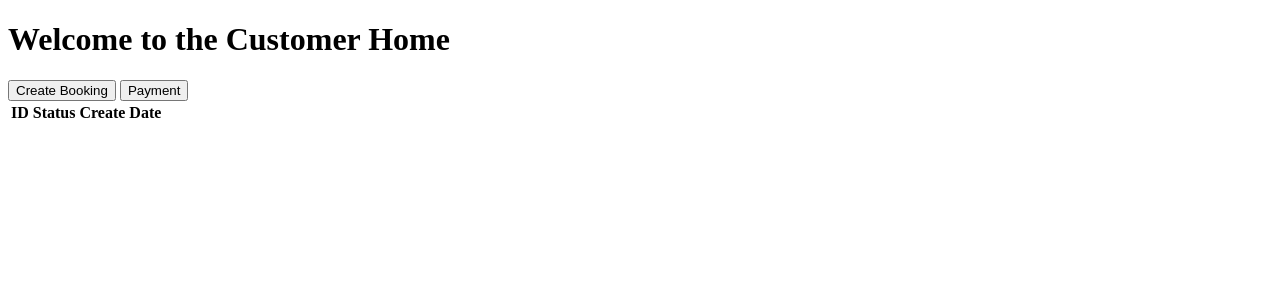
Repository: NguyenHuy-lang/RestaurantMicroserviceFrontEnd
Page: customer-home.html
These files come from the project's save history. The page is drawn as it stood at one moment and after the next save; the edit follows.
The browser window is 1280 px wide. The pictures show the whole page.
The page's requests for data from a server got no answer.

Above is the page before, as saved 2023-06-08 06:41:58.

### customer-home.html
<!DOCTYPE html>
<html>
<head>
  <title>Customer Home</title>
</head>
<body>
  <h1>Welcome to the Customer Home</h1>

  <button onclick="createBooking()">Create Booking</button>
  <button onclick="payment()">Payment</button>

  <table id="bookingTable">
    <tr>
      <th>ID</th>
      <th>Status</th>
      <th>Create Date</th>
    </tr>
  </table>

  <script>
    const apiUrl = "http://localhost:8083/api/v1/bookings/";
    const token = localStorage.getItem("accessToken");

    const appendBookingRow = (booking) => {
      const table = document.getElementById("bookingTable");
      const newRow = table.insertRow();

      const idCell = newRow.insertCell();
      const statusCell = newRow.insertCell();
      const createDateCell = newRow.insertCell();
      const chooseTableCell = newRow.insertCell();

      idCell.innerHTML = booking.id;
      statusCell.innerHTML = booking.status;
      createDateCell.innerHTML = booking.createDate;

      const chooseTableButton = document.createElement("button");
      chooseTableButton.innerText = "Choose Table";
      chooseTableButton.addEventListener("click", () => {
        localStorage.setItem("bookingSelected", booking.id);
        window.location.href = "http://127.0.0.1:5500/table.html"
      });

      chooseTableCell.appendChild(chooseTableButton);

    };

    const createBooking = () => {
      fetch(apiUrl, {
        method: 'POST',
        headers: {
          'Content-Type': 'application/json',
          'Authorization': 'Bearer ' + token
        }
      })
        .then((res) => res.json())
        .then((booking) => {
          appendBookingRow(booking);
        });
    };
  </script>
</body>
</html>

After the next save:
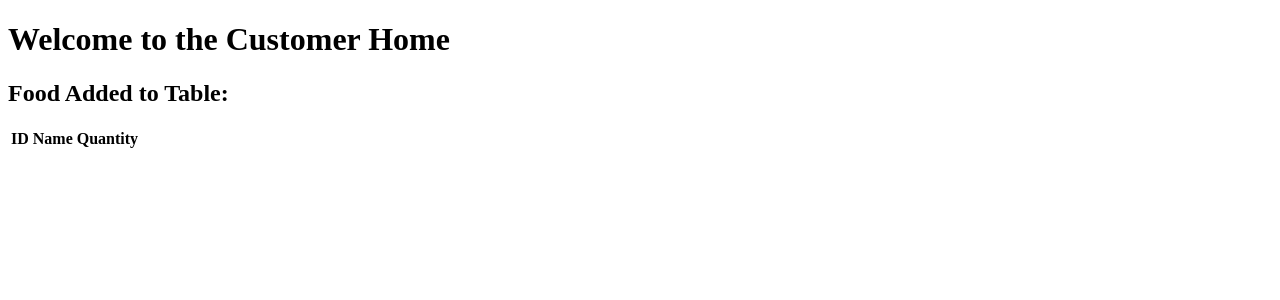
Saved 5 min 34 s later.
--- a/customer-home.html
+++ b/customer-home.html
@@ -6,58 +6,138 @@
 <body>
   <h1>Welcome to the Customer Home</h1>
 
-  <button onclick="createBooking()">Create Booking</button>
-  <button onclick="payment()">Payment</button>
+  <div id="food-container"></div>
 
-  <table id="bookingTable">
-    <tr>
-      <th>ID</th>
-      <th>Status</th>
-      <th>Create Date</th>
-    </tr>
+  <h2>Food Added to Table:</h2>
+  <table id="added-foods-table">
+    <thead>
+      <tr>
+        <th>ID</th>
+        <th>Name</th>
+        <th>Quantity</th>
+      </tr>
+    </thead>
+    <tbody id="added-foods-body">
+    </tbody>
   </table>
 
   <script>
-    const apiUrl = "http://localhost:8083/api/v1/bookings/";
+    const apiUrl = "http://localhost:8083/api/v1/bookings/{bookingId}/tables/{foodId}/foods/{foodId}";
     const token = localStorage.getItem("accessToken");
+    const addedFoods = [];
 
-    const appendBookingRow = (booking) => {
-      const table = document.getElementById("bookingTable");
-      const newRow = table.insertRow();
+    fetch('http://localhost:8082/api/v1/foods')
+      .then(response => response.json())
+      .then(foods => {
+        const tableContainer = document.getElementById('food-container');
+        const table = document.createElement('table');
+        const tableHead = document.createElement('thead');
+        const tableBody = document.createElement('tbody');
 
-      const idCell = newRow.insertCell();
-      const statusCell = newRow.insertCell();
-      const createDateCell = newRow.insertCell();
-      const chooseTableCell = newRow.insertCell();
+        const headerRow = document.createElement('tr');
+        const headers = ['ID', 'Name', 'Price', 'Quantity', 'Actions'];
+        headers.forEach(header => {
+          const th = document.createElement('th');
+          th.textContent = header;
+          headerRow.appendChild(th);
+        });
+        tableHead.appendChild(headerRow);
+        table.appendChild(tableHead);
 
-      idCell.innerHTML = booking.id;
-      statusCell.innerHTML = booking.status;
-      createDateCell.innerHTML = booking.createDate;
+        foods.forEach(food => {
+          const row = document.createElement('tr');
 
-      const chooseTableButton = document.createElement("button");
-      chooseTableButton.innerText = "Choose Table";
-      chooseTableButton.addEventListener("click", () => {
-        localStorage.setItem("bookingSelected", booking.id);
-        window.location.href = "http://127.0.0.1:5500/table.html"
+          const idCell = document.createElement('td');
+          idCell.textContent = food.id;
+          row.appendChild(idCell);
+
+          const nameCell = document.createElement('td');
+          nameCell.textContent = food.name;
+          row.appendChild(nameCell);
+
+          const priceCell = document.createElement('td');
+          priceCell.textContent = food.price;
+          row.appendChild(priceCell);
+
+          const quantityCell = document.createElement('td');
+          const quantityInput = document.createElement('input');
+          quantityInput.type = 'number';
+          quantityInput.value = 0;
+          quantityCell.appendChild(quantityInput);
+          row.appendChild(quantityCell);
+
+          const actionsCell = document.createElement('td');
+          const addToTableBtn = document.createElement('button');
+          addToTableBtn.textContent = 'Add to Table';
+          addToTableBtn.addEventListener('click', function() {
+            const quantity = parseInt(quantityInput.value);
+            if (quantity > 0) {
+              addFoodToTable(food.id, quantity);
+            }
+          });
+          actionsCell.appendChild(addToTableBtn);
+          row.appendChild(actionsCell);
+
+          tableBody.appendChild(row);
+        });
+
+        table.appendChild(tableBody);
+        tableContainer.appendChild(table);
+      })
+      .catch(error => {
+        console.log('Error:', error);
       });
 
-      chooseTableCell.appendChild(chooseTableButton);
+    function addFoodToTable(foodId, quantity) {
+      const bookingId = localStorage.getItem("bookingSelected");
+      const body = {
+        quantity: quantity
+      };
 
-    };
-
-    const createBooking = () => {
-      fetch(apiUrl, {
+      fetch(apiUrl.replace('{bookingId}', bookingId).replace('{foodId}', foodId), {
         method: 'POST',
         headers: {
           'Content-Type': 'application/json',
           'Authorization': 'Bearer ' + token
-        }
+        },
+        body: JSON.stringify(body)
       })
-        .then((res) => res.json())
-        .then((booking) => {
-          appendBookingRow(booking);
+        .then(response => response.json())
+        .then(data => {
+          console.log('Food added to table:', data);
+          addedFoods.push(data);
+          updateAddedFoodsDisplay();
+          // Perform any necessary actions or update the UI accordingly
+        })
+        .catch(error => {
+          console.log('Error:', error);
+          // Handle the error scenario
         });
-    };
+    }
+
+    function updateAddedFoodsDisplay() {
+      const addedFoodsTable = document.getElementById('added-foods-table');
+      const addedFoodsBody = document.getElementById('added-foods-body');
+      addedFoodsBody.innerHTML = '';
+
+      addedFoods.forEach(food => {
+        const row = document.createElement('tr');
+
+        const idCell = document.createElement('td');
+        idCell.textContent = food.id;
+        row.appendChild(idCell);
+
+        const nameCell = document.createElement('td');
+        nameCell.textContent = food.name;
+        row.appendChild(nameCell);
+
+        const quantityCell = document.createElement('td');
+        quantityCell.textContent = food.quantity;
+        row.appendChild(quantityCell);
+
+        addedFoodsBody.appendChild(row);
+      });
+    }
   </script>
 </body>
 </html>
